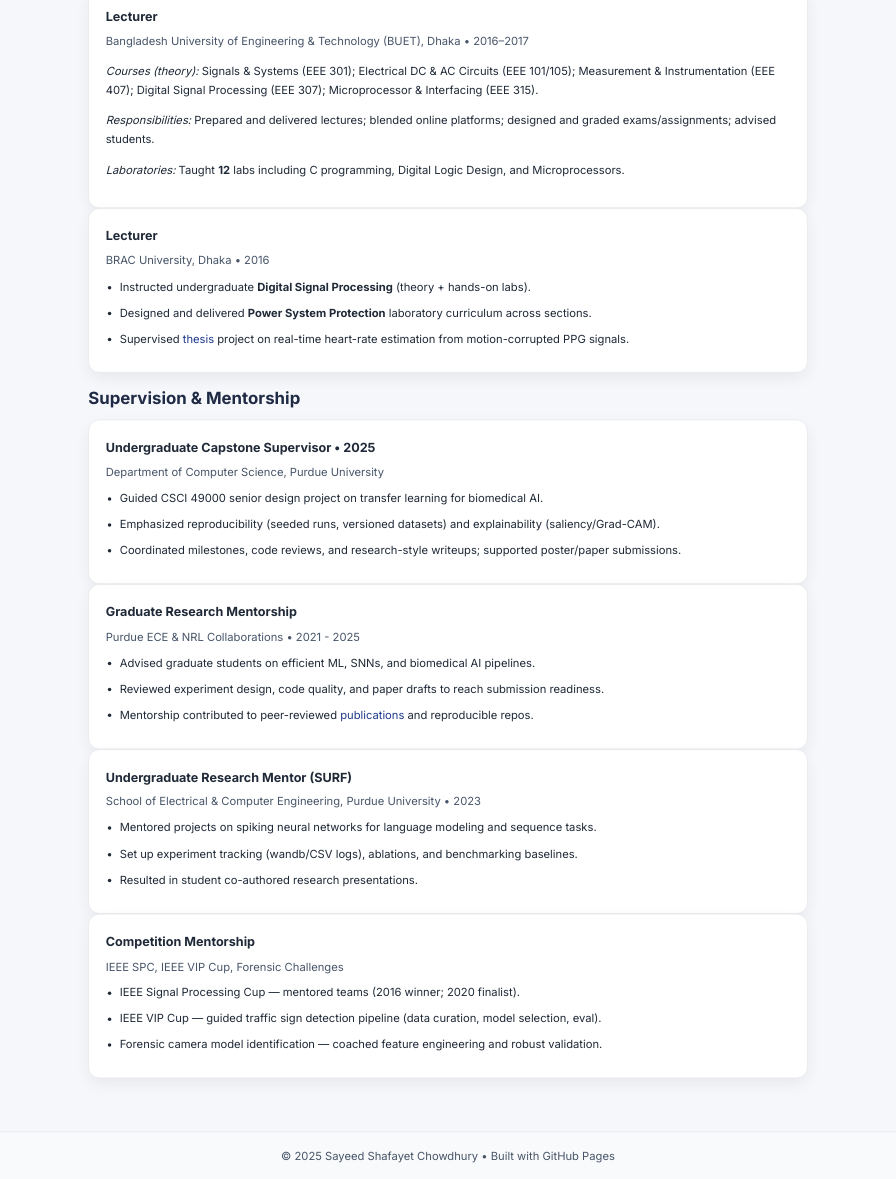
Repository: SayeedChowdhury/SayeedChowdhury.github.io
Page: teaching.html
An editor plug-in stored every save of this project. The page is shown before and after the next save, followed by the edit.
The browser window is 1280 px wide. The pictures show the part of the page from y = 869 to 2789 px (the page is 2553 px tall before and 2789 px after), at 70% of full size.

Above is the page before, as saved 2025-08-13 10:54:31.

After the next save:
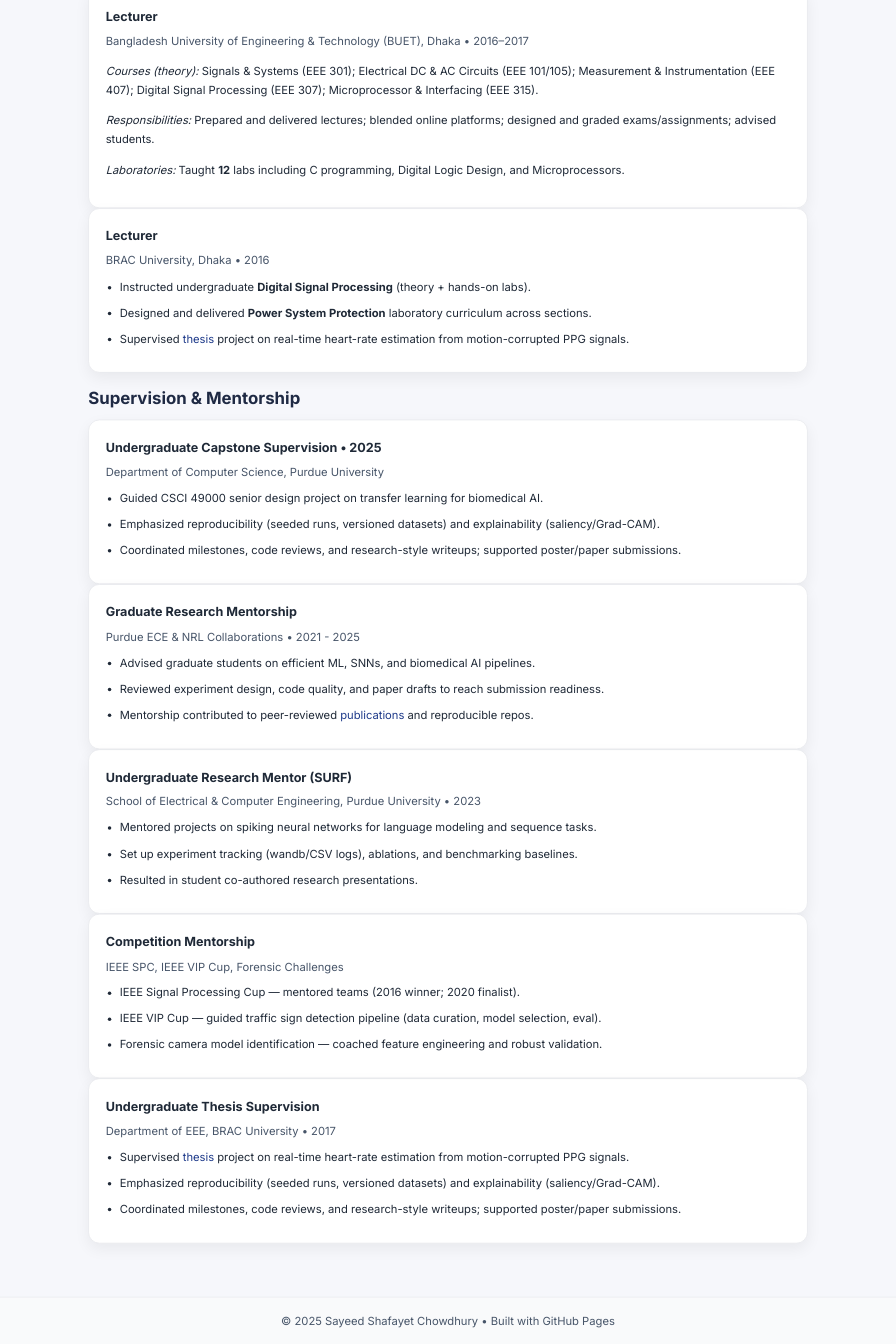
Saved 3 min 35 s later.
--- a/teaching.html
+++ b/teaching.html
@@ -86,7 +86,7 @@
 
     <!-- Undergraduate Capstone -->
     <div class="card">
-      <h3>Undergraduate Capstone Supervisor • 2025</h3>
+      <h3>Undergraduate Capstone Supervision • 2025</h3>
       <div class="lead">Department of Computer Science, Purdue University</div>
       <ul class="list">
         <li>Guided CSCI 49000 senior design project on transfer learning for biomedical AI.</li>
@@ -127,6 +127,18 @@
         <li>IEEE VIP Cup — guided traffic sign detection pipeline (data curation, model selection, eval).</li>
         <li>Forensic camera model identification — coached feature engineering and robust validation.</li>
       </ul>
+      </div>
+
+      <!-- Undergraduate Capstone -->
+    <div class="card">
+      <h3>Undergraduate Thesis Supervision </h3>
+      <div class="lead">Department of EEE, BRAC University • 2017</div>
+      <ul class="list">
+        <li>Supervised <a href="https://dspace.bracu.ac.bd/xmlui/handle/10361/8610?show=full" target="_blank" rel="noopener">thesis</a> project on real-time heart-rate estimation from motion-corrupted PPG signals.</li>
+        <li>Emphasized reproducibility (seeded runs, versioned datasets) and explainability (saliency/Grad-CAM).</li>
+        <li>Coordinated milestones, code reviews, and research-style writeups; supported poster/paper submissions.</li>
+      </ul>
+    </div>
 </div>
 
   </section>
